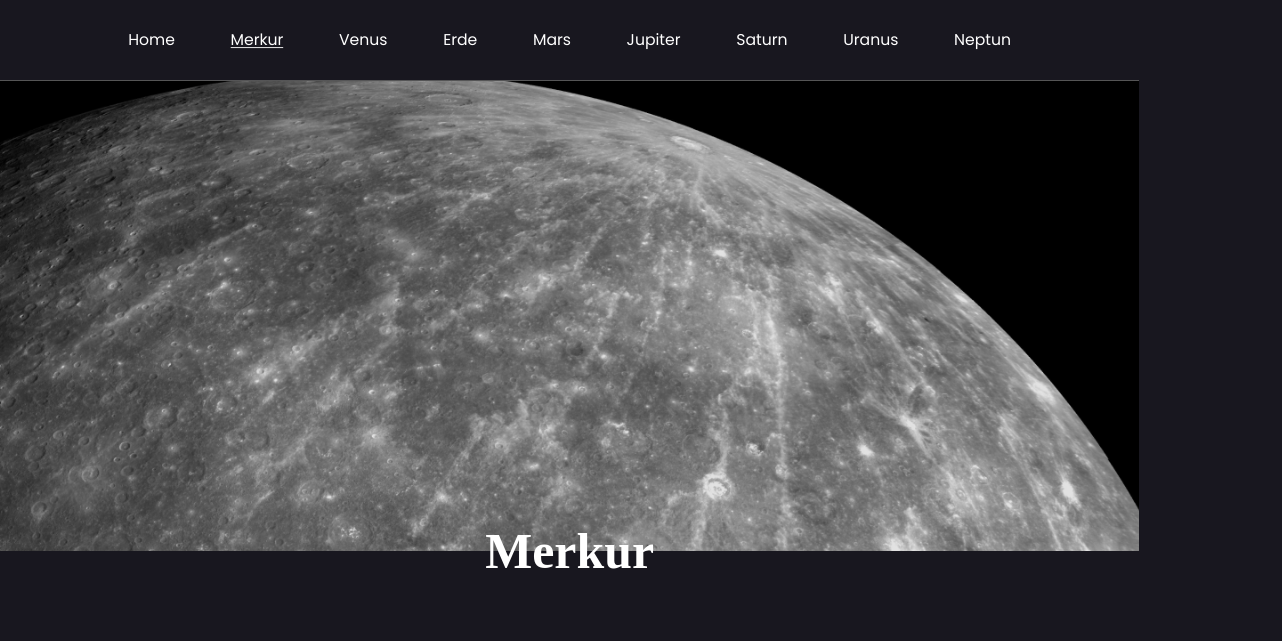
Repository: moreno-livak/solar
Page: dist/html/merkur.html
The author's editor kept a copy of each file at every save. The page is drawn from the files as they stood at one save, then again after the next save.
The browser window is 1280 px wide. The page is 1280 px wide, then 1440 px, so the pictures cover 1440 px, including what lies to the right of the window. The pictures show the whole page, at 89% of full size.
The style sheet was rebuilt from its Sass, Less or Tailwind sources for each picture, by a compiler version that may differ from the author's.

Above is the page before, as saved 2022-05-07 12:47:42.
Console error: TypeError: Cannot read properties of null (reading 'getAttribute')

After the next save:
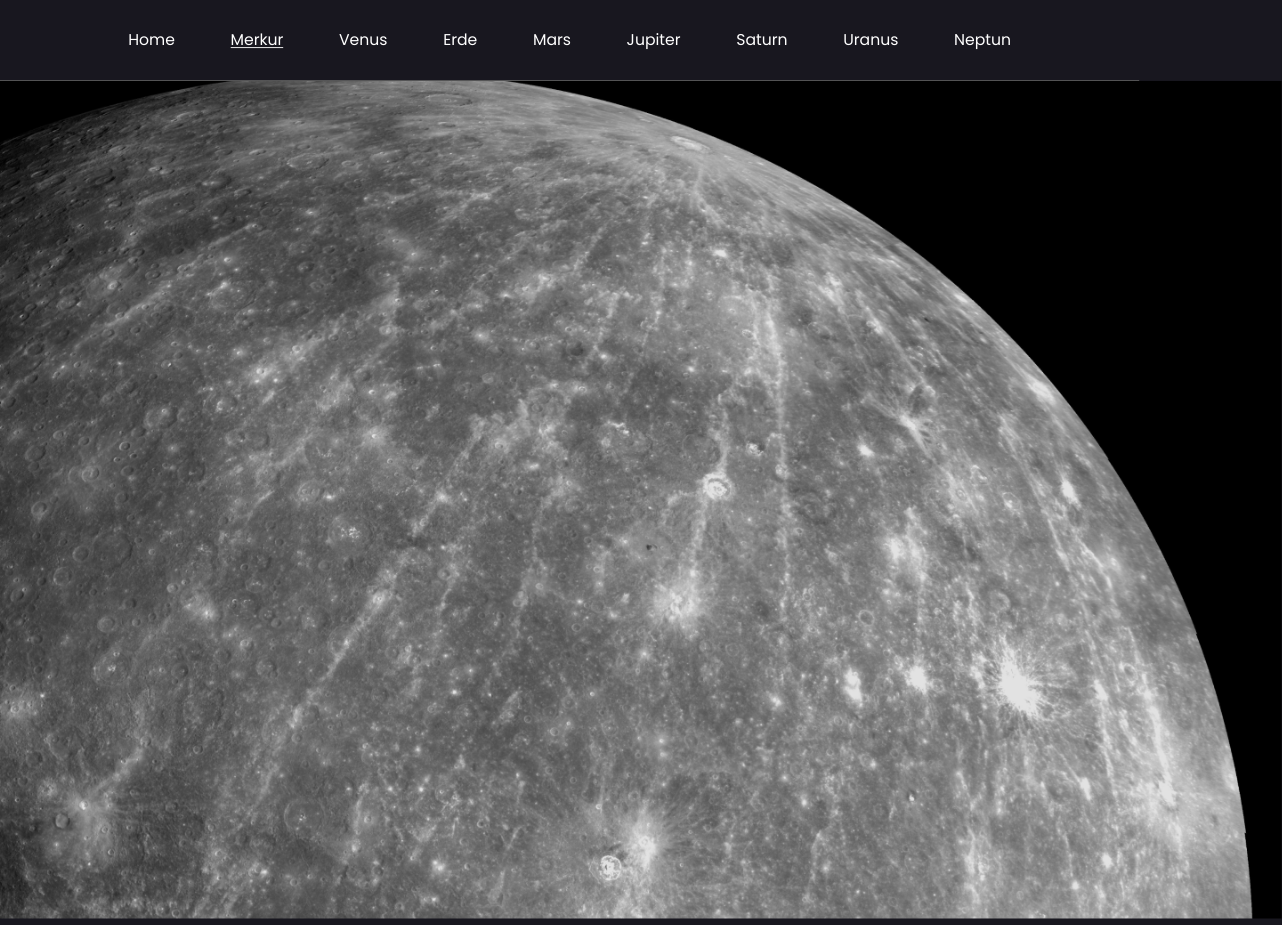
Saved 55 s later.
--- a/src/scss/home.scss
+++ b/src/scss/home.scss
@@ -507,7 +507,7 @@ div.sketchfab-embed-wrapper{
     .image-header{
         height: 33rem;
         width: 100%;
-        overflow: hidden;
+        position: relative;
     }
     h1{
         font-size: $main-title;
